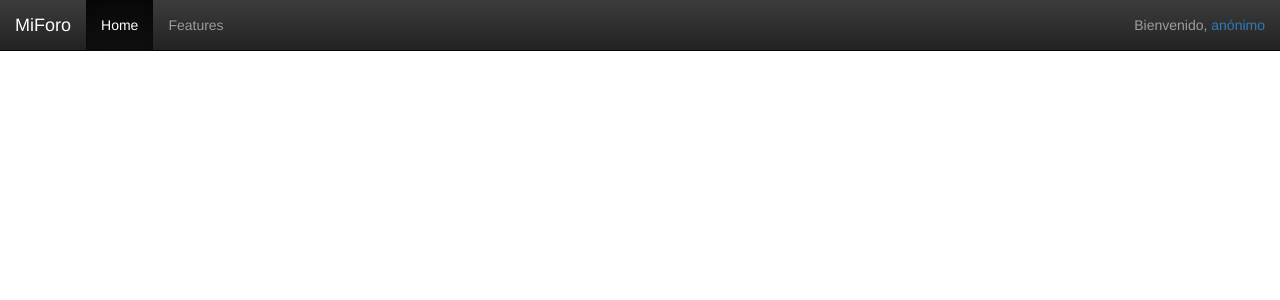
Repository: Myugen/EjercicioPHP
Page: http://localhost/
These files come from the project's save history. The page is drawn as it stood at one moment and after the next save; the edit follows.
The browser window is 1280 px wide. The pictures show the whole page.
Some web libraries are served in a nearby version. The page is run by PHP 8.4 with error messages shown; the project is at /var/www/html/.

Above is the page before, as saved 2015-11-27 19:00:01.
Not found: ProyectoFinalForo/jsfile

### ProyectoFinalForo/index.php
<?php
session_start();
?>
<!DOCTYPE html>
<html lang="es-ES">
<head>
    <meta charset="UTF-8">
    <!-- JQuery -->
    <script src="https://ajax.googleapis.com/ajax/libs/jquery/1.11.3/jquery.min.js"></script>

    <!-- Latest compiled and minified CSS -->
    <link rel="stylesheet" href="https://maxcdn.bootstrapcdn.com/bootstrap/3.3.6/css/bootstrap.min.css">

    <!-- Optional theme -->
    <link rel="stylesheet" href="https://maxcdn.bootstrapcdn.com/bootstrap/3.3.6/css/bootstrap-theme.min.css">

    <!-- Latest compiled and minified JavaScript -->
    <script src="https://maxcdn.bootstrapcdn.com/bootstrap/3.3.6/js/bootstrap.min.js"></script>
    <script type="text/javascript" src="jsfile"></script>
    <title>Inicio</title>
</head>
<body>
    <div class="container">
    	<div class="row">
    	<nav class="navbar navbar-fixed-top navbar-inverse">
    		<a class="navbar-brand" href="#">MiForo</a>
  			<ul class="nav navbar-nav navbar-left">
	    		<li class="nav-item active">
	      			<a class="nav-link" href="#">Home<span class="sr-only">(current)</span></a>
	    		</li>
	    		<li class="nav-item">
	      			<a class="nav-link" href="#">Features</a>
	    		</li>
    		</ul>
    		<ul class="nav navbar-nav navbar-right">
    			<li class="nav-item" style="padding-right: 15px">
    				<p class="navbar-text">Bienvenido, <a class="nav-link">anónimo</a></p>
    			</li>
    		</ul>
    	</nav>
    	</div>
    </div>
</body>
</html>

After the next save:
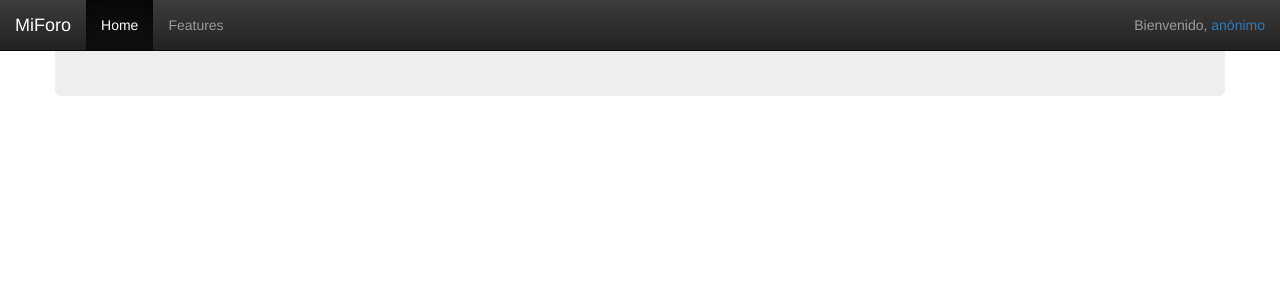
Saved 96 s later.
--- a/ProyectoFinalForo/index.php
+++ b/ProyectoFinalForo/index.php
@@ -39,6 +39,12 @@ session_start();
     		</ul>
     	</nav>
     	</div>
+    	<div class="row">
+	    	<div class="jumbotron">
+	    	<div class="col-md-6"></div>
+	    	<div class="col-md-6"></div>
+	    	</div>
+    	</div>
     </div>
 </body>
 </html>
